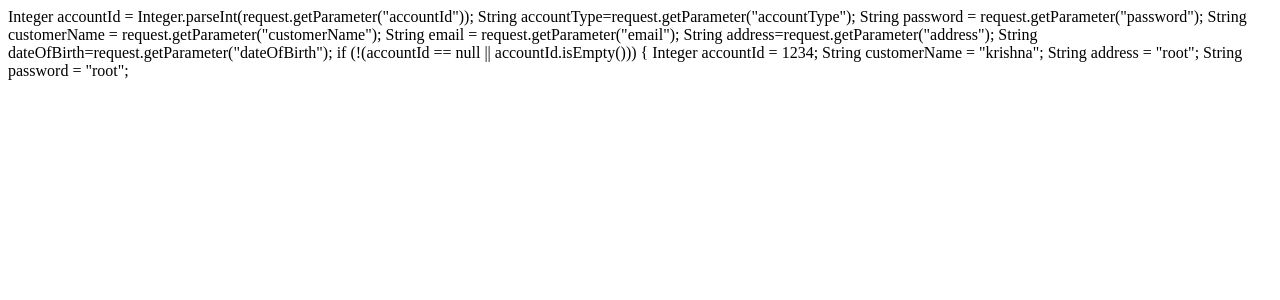
Repository: laikrish/day10
Page: http://localhost/BankApp/database.jsp
The author's editor kept a copy of each file at every save. The page is drawn from the files as they stood at one save, then again after the next save.
The browser window is 1280 px wide. The pictures show the whole page.
The page is served by Tomcat 9. Other server files are loaded and not shown.

Above is the page before, as saved 2018-09-12 10:18:33.

### BankApp/WebContent/database.jsp
<%@ page language="java" contentType="text/html; charset=ISO-8859-1"
    pageEncoding="ISO-8859-1"%>
<!DOCTYPE html>
<html>
<head>
<meta charset="ISO-8859-1">
<title>Insert title here</title>
</head>
<body>


Integer accountId = Integer.parseInt(request.getParameter("accountId"));
String accountType=request.getParameter("accountType");
String password = request.getParameter("password");
String customerName = request.getParameter("customerName");
String email = request.getParameter("email");
String address=request.getParameter("address");
String dateOfBirth=request.getParameter("dateOfBirth");
if (!(accountId == null || accountId.isEmpty())) {

Integer accountId = 1234;
String customerName = "krishna";
String address = "root";
String password = "root";

After the next save:
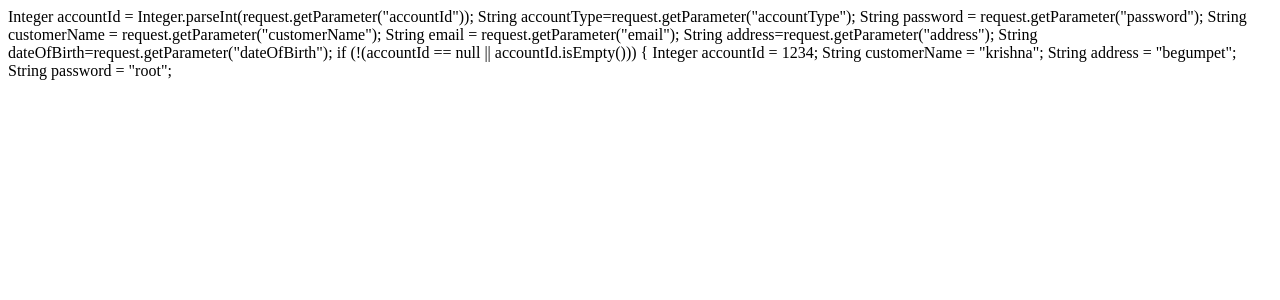
Saved 4 min 35 s later.
--- a/BankApp/WebContent/database.jsp
+++ b/BankApp/WebContent/database.jsp
@@ -20,5 +20,5 @@ if (!(accountId == null || accountId.isEmpty())) {
 
 Integer accountId = 1234;
 String customerName = "krishna";
-String address = "root";
+String address = "begumpet";
 String password = "root";
